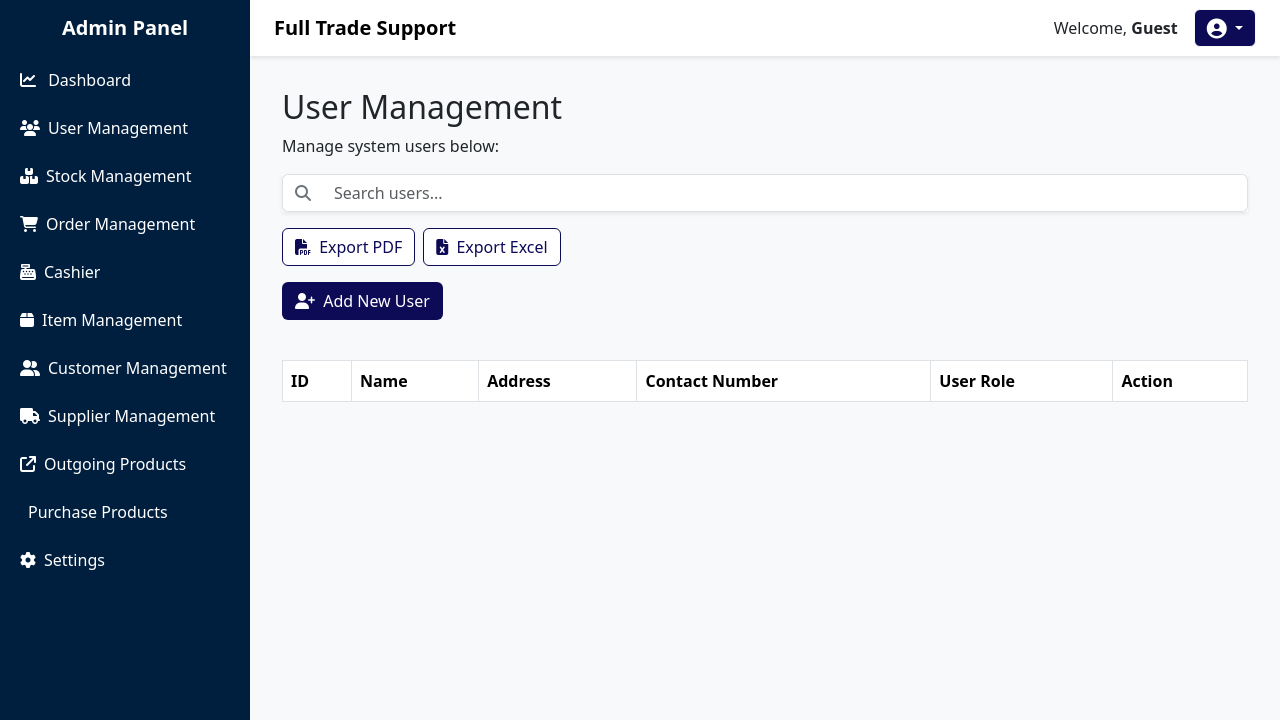
Repository: LakviduUpasara/onlineSparePartsManagementSystem
Page: http://localhost/Spare_parts_Management_Systems/Admin/display.jsp
These files come from the project's save history. The page is drawn as it stood at one moment and after the next save; the edit follows.
The browser window is 1280 px wide. The pictures show the whole page.
The page is served by Tomcat 9. Other server files are loaded and not shown. The template is opened directly, without the code that normally fills it, so the values that code supplies are empty.

Above is the page before, as saved 2025-05-13 22:24:04.

### Project/Project/Spare_parts_Management_Systems/src/main/webapp/Admin/display.jsp
<%@ page language="java" contentType="text/html; charset=UTF-8" pageEncoding="UTF-8"%>
<%@ taglib uri="http://java.sun.com/jsp/jstl/core" prefix="c" %>
<%@ page import="java.util.*, com.spareparts.model.DetailsModel" %>

<!DOCTYPE html>
<html lang="en">
<head>
  <meta charset="UTF-8">
  <title>Full Trade Support Dashboard</title>
  <link href="https://cdn.jsdelivr.net/npm/bootstrap@5.3.2/dist/css/bootstrap.min.css" rel="stylesheet">
  <link href="https://cdnjs.cloudflare.com/ajax/libs/font-awesome/6.5.0/css/all.min.css" rel="stylesheet">
  <style>
    body {
      display: flex;
      min-height: 100vh;
      overflow-x: hidden;
    }
    .sidebar {
      width: 250px;
      background-color: #001f3f;
      color: #fff;
      flex-shrink: 0;
      padding-top: 1rem;
    }
    .sidebar a {
      display: block;
      padding: 12px 20px;
      color: #fff;
      text-decoration: none;
      transition: background 0.3s;
    }
    .sidebar a:hover {
      background-color: #003366;
    }
    .sidebar h5 {
      text-align: center;
      margin-bottom: 1rem;
      font-weight: bold;
    }
    .main-content {
      flex-grow: 1;
      background: #f8f9fa;
    }
    .navbar {
      background-color: #ffffff;
      box-shadow: 0 2px 4px rgba(0,0,0,0.1);
    }
    .dashboard-content {
      padding: 2rem;
    }
    .custom-header {
      background-color: #0d0b56;
      color: white;
    }
    .btn {
      background-color: #0d0b56;
      color: white;
    }
    .btn:hover {
      background-color: #003366;
    }
    .export-btn {
      background-color: #ffffff;
      color: #0d0b56;
      border: 1px solid #0d0b56;
    }
    .export-btn:hover {
      background-color: #0d0b56;
      color: #ffffff;
    }
  </style>
</head>
<body>

  <!-- Sidebar -->
  <div class="sidebar">
    <h5>Admin Panel</h5>
    <a href="dashboard.jsp"><i class="fas fa-chart-line me-2"></i> Dashboard</a>
    <a href="GetAllServlet"><i class="fas fa-users me-2"></i>User Management</a>
    <a href="#"><i class="fas fa-boxes me-2"></i>Stock Management</a>
    <a href="#"><i class="fas fa-shopping-cart me-2"></i>Order Management</a>
    <a href="#"><i class="fas fa-cash-register me-2"></i>Cashier</a>
    <a href="#"><i class="fas fa-box me-2"></i>Item Management</a>
    <a href="#"><i class="fas fa-user-friends me-2"></i>Customer Management</a>
    <a href="supplier-list"><i class="fas fa-truck me-2"></i>Supplier Management</a>
    <a href="#"><i class="fas fa-arrow-up-right-from-square me-2"></i>Outgoing Products</a>
    <a href="#"><i class="fas fa-arrow-down-to-line me-2"></i>Purchase Products</a>
    <a href="#" data-bs-toggle="collapse" data-bs-target="#settingsMenu"><i class="fas fa-gear me-2"></i>Settings</a>
    <div class="collapse ms-3" id="settingsMenu">
      <a href="profile.jsp" class="d-block mt-1"><i class="fas fa-id-badge me-2"></i>Profile Settings</a>
      <a href="#" class="d-block mt-1"><i class="fas fa-lock me-2"></i>Change Password</a>
      <a href="#" class="d-block mt-1"><i class="fas fa-sliders-h me-2"></i>System Preferences</a>
    </div>
  </div>

  <!-- Main Content -->
  <div class="main-content w-100">
    <nav class="navbar navbar-expand-lg navbar-light px-4">
      <a class="navbar-brand fw-bold" href="#">Full Trade Support</a>
      <div class="ms-auto d-flex align-items-center">
        <span class="me-3">
          Welcome, <strong><%= session.getAttribute("userName") != null ? session.getAttribute("userName") : "Guest" %></strong>
        </span>
        <div class="dropdown">
          <a class="btn btn-light dropdown-toggle" href="#" role="button" data-bs-toggle="dropdown">
            <i class="fas fa-user-circle fa-lg"></i>
          </a>
          <ul class="dropdown-menu dropdown-menu-end">
            <li><a class="dropdown-item" href="profile.jsp"><i class="fas fa-id-badge me-2"></i>Profile</a></li>
            <li><a class="dropdown-item" href="#"><i class="fas fa-cogs me-2"></i>Settings</a></li>
            <li><hr class="dropdown-divider"></li>
            <li><a class="dropdown-item text-danger" href="logout.jsp"><i class="fas fa-sign-out-alt me-2"></i>Logout</a></li>
          </ul>
        </div>
      </div>
    </nav>

    <!-- User Management Section -->
    <div class="dashboard-content">
      <h2>User Management</h2>
      <p>Manage system users below:</p>

      <!-- Search Bar -->
      <div class="mb-3 w-100">
        <div class="input-group shadow-sm">
          <span class="input-group-text bg-white border-end-0">
            <i class="fas fa-search text-secondary"></i>
          </span>
          <input type="text" id="searchInput" class="form-control border-start-0" placeholder="Search users...">
        </div>
      </div>

      <!-- Export Buttons -->
      <div class="mb-3 d-flex gap-2">
        <button onclick="exportTableToPDF()" class="btn export-btn">
          <i class="fas fa-file-pdf me-1"></i> Export PDF
        </button>
        <button onclick="exportTableToExcel()" class="btn export-btn">
          <i class="fas fa-file-excel me-1"></i> Export Excel
        </button>
      </div>

      <!-- Add Button -->
      <button class="btn mb-3" data-bs-toggle="modal" data-bs-target="#addUserModal">
        <i class="fas fa-user-plus me-1"></i> Add New User
      </button>

      <!-- User Table -->
      <div class="table-container mt-4">
        <table class="table table-bordered table-striped" id="supplier-table">
          <thead class="custom-header">
            <tr>
              <th>ID</th>
              <th>Name</th>
              <th>Address</th>
              <th>Contact Number</th>
              <th>User Role</th>
              <th>Action</th>
            </tr>
          </thead>
          <tbody>
            <c:forEach var="details" items="${alldetails}">
              <tr>
                <td>${details.id}</td>
                <td>${details.name}</td>
                <td>${details.address}</td>
                <td>${details.contactnumber}</td>
                <td>${details.userRole}</td>
                <td>
                  <div class="d-flex gap-2">
                    <a href="Admin/update.jsp?id=${details.id}&name=${details.name}&address=${details.address}&contactnumber=${details.contactnumber}&email=${details.email}&password=${details.password}&userRole=${details.userRole}" class="btn btn-primary btn-sm">
                      <i class="fas fa-edit"></i>
                    </a>
                    <a href="DeleteServlet?id=${details.id}" class="btn btn-outline-danger btn-sm" onclick="return confirm('Are you sure?')">
                      <i class="fas fa-trash-alt"></i>
                    </a>
                  </div>
                </td>
              </tr>
            </c:forEach>
          </tbody>
        </table>
      </div>
    </div>
  </div>

  <!-- JavaScript -->
  <script>
    function filterTable() {
      const input = document.getElementById("searchInput");
      const filter = input.value.toUpperCase();
      const table = document.querySelector("table");
      const rows = table.getElementsByTagName("tr");

      for (let i = 1; i < rows.length; i++) {
        let rowVisible = false;
        const cells = rows[i].getElementsByTagName("td");
        for (let j = 0; j < cells.length - 1; j++) {
          if (cells[j]) {
            const text = cells[j].textContent || cells[j].innerText;
            if (text.toUpperCase().indexOf(filter) > -1) {
              rowVisible = true;
              break;
            }
          }
        }
        rows[i].style.display = rowVisible ? "" : "none";
      }
    }

    document.getElementById("searchInput").addEventListener("input", filterTable);
  </script>
  <script src="https://cdn.jsdelivr.net/npm/bootstrap@5.3.2/dist/js/bootstrap.bundle.min.js"></script>
</body>
</html>

After the next save:
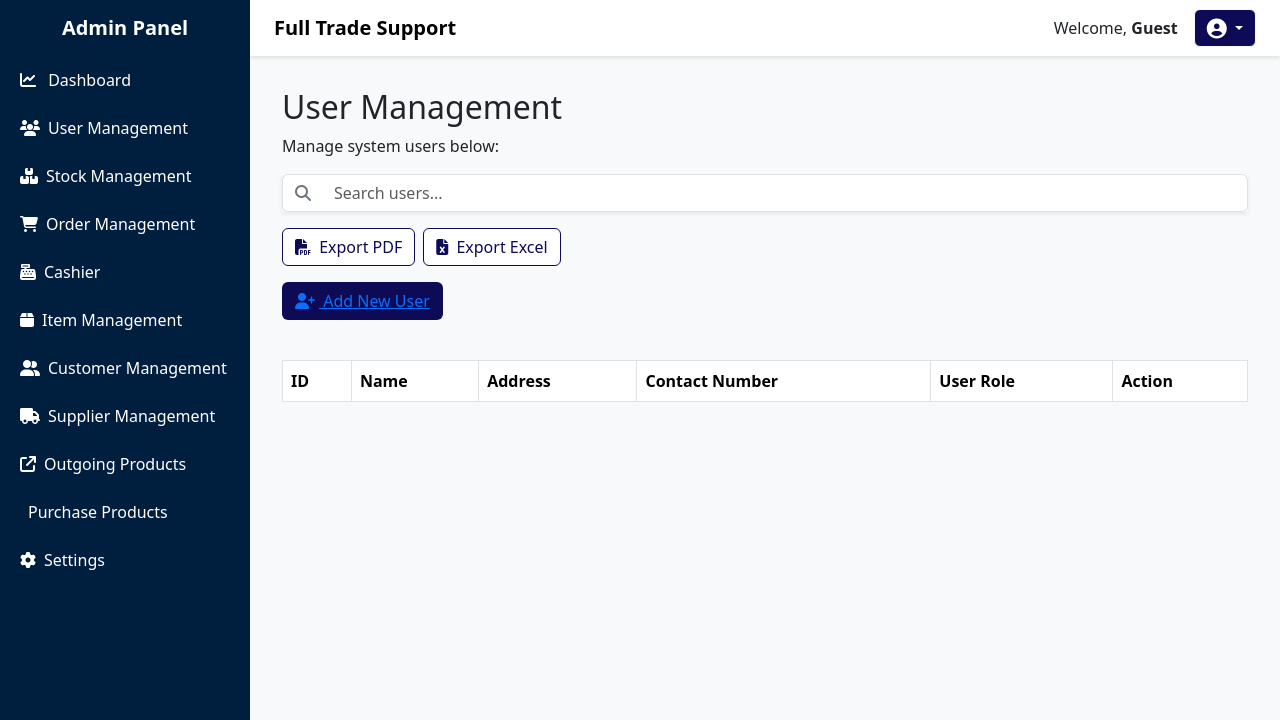
Saved 2 min 55 s later.
--- a/Project/Project/Spare_parts_Management_Systems/src/main/webapp/Admin/display.jsp
+++ b/Project/Project/Spare_parts_Management_Systems/src/main/webapp/Admin/display.jsp
@@ -142,7 +142,7 @@
 
       <!-- Add Button -->
       <button class="btn mb-3" data-bs-toggle="modal" data-bs-target="#addUserModal">
-        <i class="fas fa-user-plus me-1"></i> Add New User
+       <a href ="Admin/insert.jsp "> <i class="fas fa-user-plus me-1"></i> Add New User </a>
       </button>
 
       <!-- User Table -->
